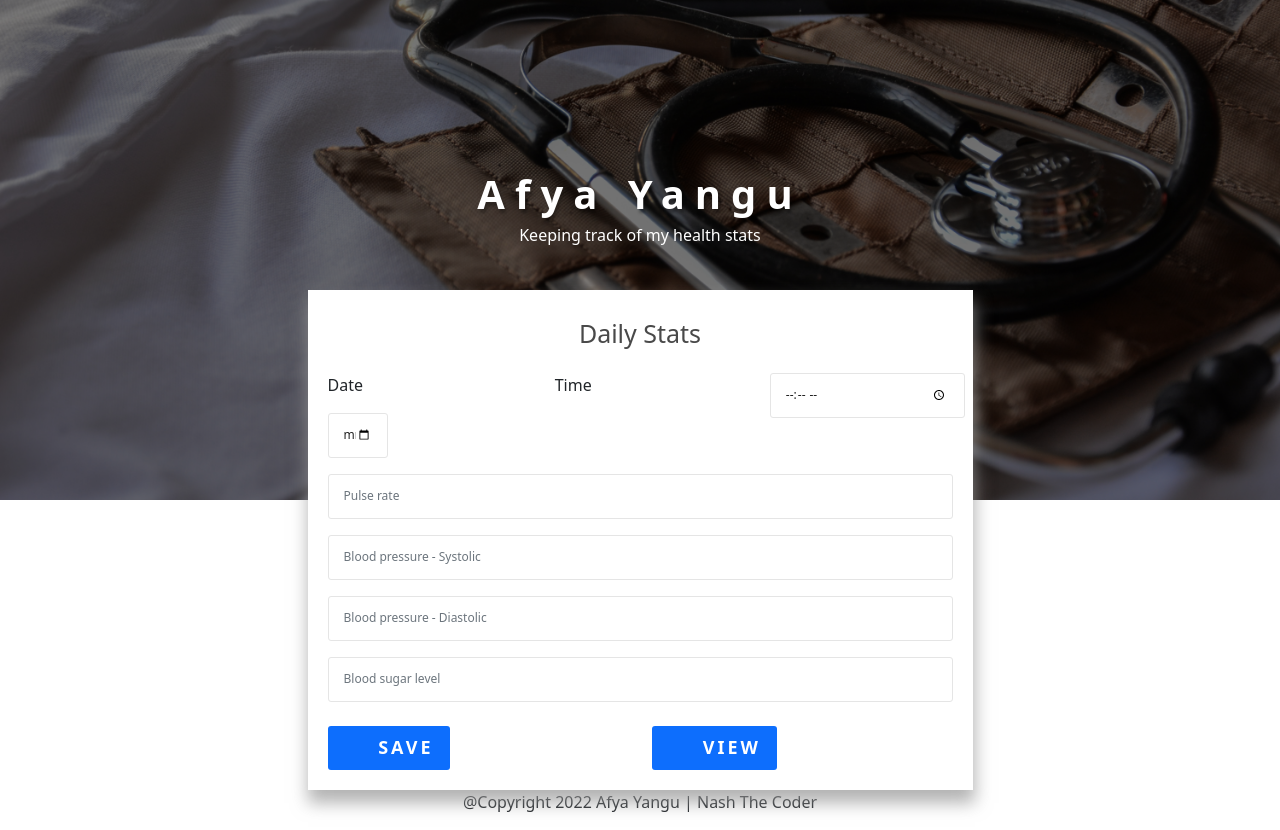
Repository: nashthecoder/afya_yangu
Page: /
An editor plug-in stored every save of this project. The page is shown before and after a run of saves, followed by the edit.
The browser window is 1280 px wide. The pictures show the whole page.
The project was rebuilt for these pictures with package versions that can differ from the ones it lists, and the page was loaded fresh each time.

Above is the page before, as saved 2022-02-27 16:27:45.

After the next 2 saves:
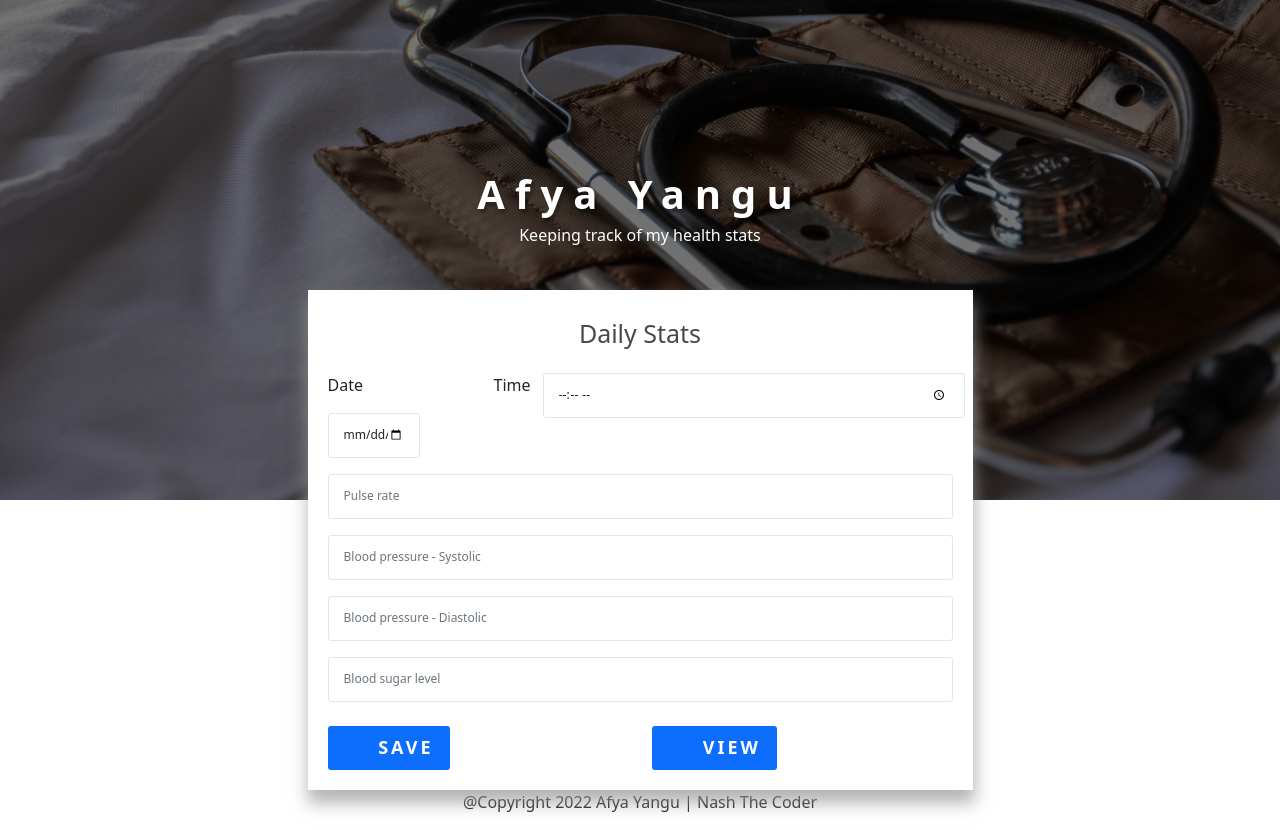
The 2 saves are shown as one change because they came seconds apart.
The last was saved 12 s later.
--- a/src/style.scss
+++ b/src/style.scss
@@ -58,7 +58,7 @@ input.form-control-1 {
     font-size: 12px;
     background: $white;
     padding: 0 15px;
-    width: 30%;
+    width: 65%;
     height: 45px;
     line-height: 46px;
     outline: none;
